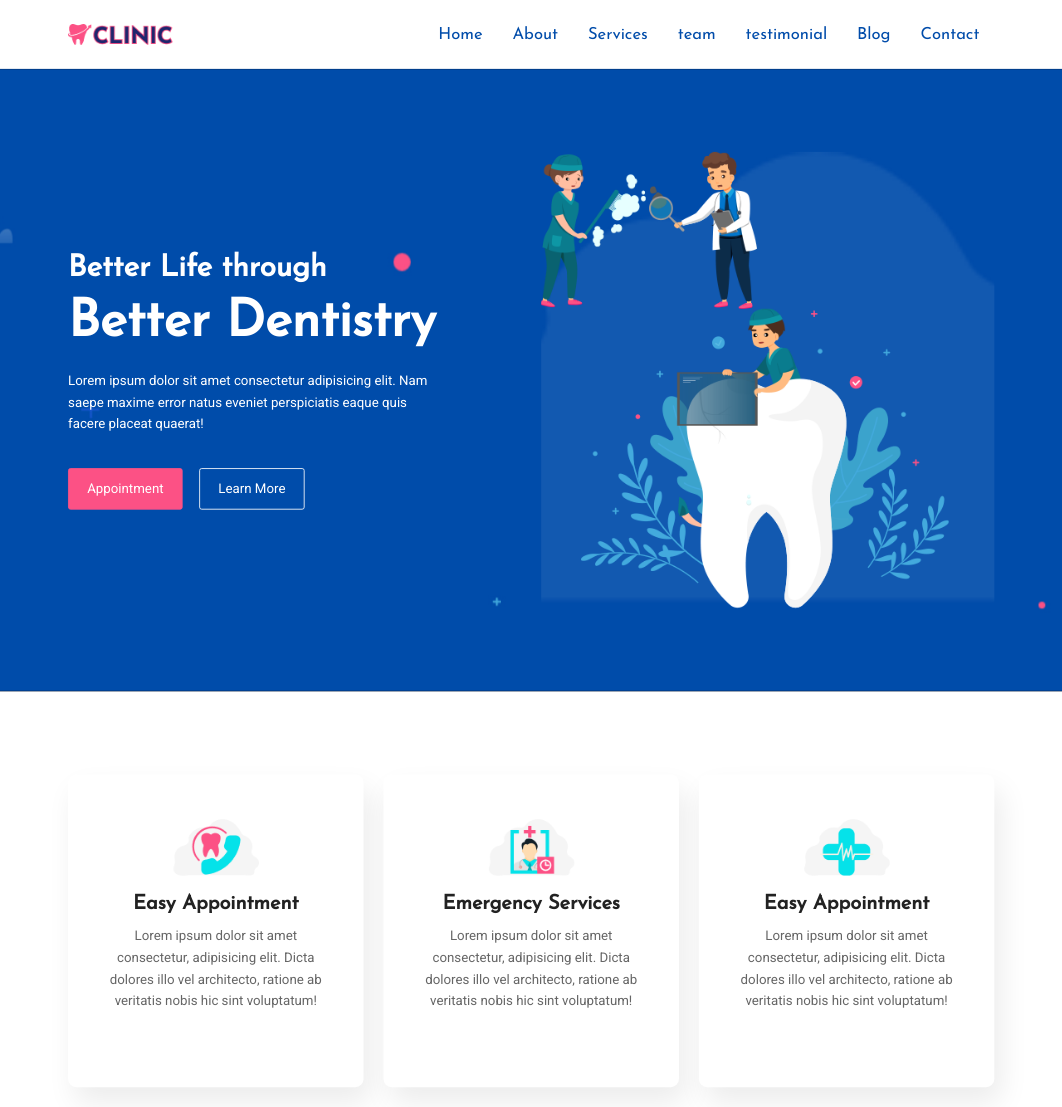
Repository: rsbappy/Project-13
Page: index.html
The author's editor kept a copy of each file at every save. The page is drawn from the files as they stood at one save, then again after the next save.
The browser window is 1280 px wide. The pictures show the whole page, at 83% of full size.
Some web libraries are served in a nearby version.

Above is the page before, as saved 2022-08-19 11:23:50.
Console error: TypeError: Cannot read properties of null (reading 'classList')

### index.html
<!doctype html>
<html lang="en">

<head>
    <!-- Required meta tags -->
    <meta charset="utf-8">
    <meta name="viewport" content="width=device-width, initial-scale=1">

    <!-- favicon icon -->

    <link rel="icon" href="/images/favicon.png" type="image/x-icon">

    <!-- Bootstrap CSS -->
    <link href="https://cdn.jsdelivr.net/npm/bootstrap@5.0.2/dist/css/bootstrap.min.css" rel="stylesheet" integrity="sha384-EVSTQN3/azprG1Anm3QDgpJLIm9Nao0Yz1ztcQTwFspd3yD65VohhpuuCOmLASjC" crossorigin="anonymous">

    <!-- font-awesome icon -->
    <link rel="stylesheet" href="https://cdnjs.cloudflare.com/ajax/libs/font-awesome/6.1.2/css/all.min.css">

    <!-- style CSS -->
    <link rel="stylesheet" href="css/style.css">

    <!-- responsive-style CSS -->
    <link rel="stylesheet" href="/css/responsive-style.css">

    <title>Hotel Website</title>
</head>

<body data-bs-spy="scroll" data-bs-target=".navar" data-bs-offset="100">

    <!-- Navbar Section  -->
    <header class="header_wrapper">
        <nav class="navbar navbar-expand-lg ">
            <div class="container">
                <a class="navbar-brand" href="#">
                    <img src="/images/logo.png" class="img-fluid" alt="logo" srcset="">
                </a>
                <button class="navbar-toggler" type="button" data-bs-toggle="collapse" data-bs-target="#navbarNavAltMarkup" aria-controls="navbarNavAltMarkup" aria-expanded="false" aria-label="Toggle navigation">
                <!-- <span class="navbar-toggler-icon"></span> -->
                <i class="fa-solid fa-bars-staggered navbar-toggler-icon"></i>
              </button>
                <div class="collapse navbar-collapse justify-content-end" id="navbarNavAltMarkup">
                    <div class="navbar-nav menu_navbar_menu">
                        <li class="nav-item">
                            <a class="nav-link active" aria-current="page" href="#Home">Home</a>
                        </li>
                        <li class="nav-item">
                            <a class="nav-link" href="#About">About</a>
                        </li>
                        <li class="nav-item">
                            <a class="nav-link" href="#Services">Services</a>
                        </li>
                        <li class="nav-item">
                            <a class="nav-link" href="#team">team</a>
                        </li>
                        <li class="nav-item">
                            <a class="nav-link" href="#testimonial">testimonial</a>
                        </li>
                        <li class="nav-item">
                            <a class="nav-link" href="#Blog">Blog</a>
                        </li>
                        <li class="nav-item mt-3 mt-lg-0">
                            <a class="nav-link" href="#Contact">Contact</a>
                        </li>

                    </div>
                </div>
            </div>
        </nav>
    </header>
    <!-- Navbar Section exit -->

    <!-- Banner Section  -->
    <section id="home" class="home">
        <div class="banner_wrapper wrapper">
            <div class="container">
                <div class="row align-items-lg-center">
                    <div class="col-md-6 order-md-1 order-2">
                        <h3>
                            Better Life through
                        </h3>
                        <h1>
                            Better Dentistry
                        </h1>
                        <p> Lorem ipsum dolor sit amet consectetur adipisicing elit. Nam saepe maxime error natus eveniet perspiciatis eaque quis facere placeat quaerat!</p>
                        <a href="#" class="main-btn mt-4 fill-btn">Appointment </a>
                        <a href="#" class="main-btn mt-4 ms-3">Learn More </a>

                    </div>
                    <div class="col-md-6 order-md-2 order-1 mb-md-0 mb-5">
                        <div class="top-right-sec">
                            <div class="animate-img">
                                <img class="aimg1" src="./images/top-banner-img/woman-brush.png" alt="">
                                <img class="aimg2" src="./images/top-banner-img/doctor.png" alt="">

                            </div>
                            <img class="img-fluid ms-lg-5" src="./images/top-banner-img/top-right-img-1.png" alt="">

                        </div>
                    </div>
                </div>
            </div>
        </div>
        <div class="wrapper pb-0">
            <div class="container">
                <div class="row">
                    <div class="col-md-4 col-sm-4 mb-4">
                        <div class="card text-center">
                            <div class="icon-box">
                                <img src="/images/top-banner-img/Appointment-icon.png" alt="" srcset="">
                            </div>
                            <div>
                                <h4>
                                    Easy Appointment
                                </h4>
                                <p>Lorem ipsum dolor sit amet consectetur, adipisicing elit. Dicta dolores illo vel architecto, ratione ab veritatis nobis hic sint voluptatum!</p>
                            </div>
                        </div>
                    </div>
                    <div class="col-md-4 col-sm-4 mb-4">
                        <div class="card text-center">
                            <div class="icon-box">
                                <img src="/images/top-banner-img/Emergency-icon.png" alt="" srcset="">
                            </div>
                            <div>
                                <h4>
                                    Emergency Services
                                </h4>
                                <p>Lorem ipsum dolor sit amet consectetur, adipisicing elit. Dicta dolores illo vel architecto, ratione ab veritatis nobis hic sint voluptatum!</p>
                            </div>
                        </div>
                    </div>
                    <div class="col-md-4 col-sm-4 mb-4">
                        <div class="card text-center">
                            <div class="icon-box">
                                <img src="/images/top-banner-img/7-Service-icon.png" alt="" srcset="">
                            </div>
                            <div>
                                <h4>
                                    Easy Appointment
                                </h4>
                                <p>Lorem ipsum dolor sit amet consectetur, adipisicing elit. Dicta dolores illo vel architecto, ratione ab veritatis nobis hic sint voluptatum!</p>
                            </div>
                        </div>
                    </div>
                </div>
            </div>
        </div>
    </section>
    <!-- Banner Section exit -->

    <!-- about Section  -->
    <!-- about Section exit -->

    <!-- Services Section  -->
    <!-- Services Section exit -->

    <!-- team Section  -->
    <!-- team Section exit -->


    <!-- Gallery Section  -->
    <!-- Gallery Section exit -->

    <!-- Testimonial Section  -->
    <!-- Testimonial Section exit -->


    <!-- Testimonial Section  -->
    <!-- Testimonial Section exit -->


    <!-- Appointment Section  -->
    <!-- Appointment Section exit -->

    <!-- Blog Section  -->
    <!-- Blog Section exit -->

    <!-- Footer Section  -->
    <!-- Footer Section exit -->










    <!-- Popper js  -->
    <source src="https://cdn.jsdelivr.net/npm/@popperjs/core@2.9.2/dist/umd/popper.min.js" type="">


    <!-- Bootstrap js  -->

    <script src="https://cdn.jsdelivr.net/npm/bootstrap@5.0.2/dist/js/bootstrap.bundle.min.js" integrity="sha384-MrcW6ZMFYlzcLA8Nl+NtUVF0sA7MsXsP1UyJoMp4YLEuNSfAP+JcXn/tWtIaxVXM" crossorigin="anonymous"></script>



</body>

</html>

### css/style.css
/* TABLE OF CONTENTS */


/*------------------
1. General
2. Navbar
3. Banner
4. About
5. Services
6. Team
7. Gallery
8. Testimonial
9. Blog
10.Footer
------------------*/


/* 1 General */

@import url('https://fonts.googleapis.com/css2?family=Josefin+Sans&display=swap');
@import url('https://fonts.googleapis.com/css2?family=Roboto&display=swap');
* {
    box-sizing: border-box;
    margin: 0;
    padding: 0;
}

:root {
    /* background  */
    --primary-color: #004caa;
    --secondary-color: #fc5185;
    --bg-light-blue: #3672bc;
    --bg-dark: #666;
    --bg-white: #fff;
    /* Text Style  */
    --primary-front: 'Roboto', sans-serif;
    --secondary-front: 'Josefin Sans', sans-serif;
    --primary-text: #004caa;
    --secondary-text: #fc5185;
    --text-white: #fff;
    --text-black: #222;
    --text-gray: #666;
    --text-algin: #ddd;
}

body {
    font-family: var(--primary-front);
    background-color: var(--bg-white);
}

a {
    text-decoration: none;
}

::-webkit-scrollbar {
    width: .375rem;
}

::-webkit-scrollbar-track {
    background: var(--bg-light-blue);
}

::-webkit-scrollbar-thumb {
    background: var(--secondary-color);
}

.wrapper {
    padding: 6.25rem 0;
}

.main-btn {
    display: inline-block;
    border: 0.0725rem solid var(--bg-white);
    color: var(--text-white);
    text-align: center;
    padding: .75rem 1.375rem;
    font-size: 1rem;
    background: transparent;
    text-transform: capitalize;
    border-radius: .1875rem;
    transition: all .3s ease-in-out;
}

.main-btn:hover {
    background-color: var(--secondary-color);
    border-color: var(--secondary-color);
    color: var(--text-white);
}

.fill-btn {
    background-color: var(--secondary-color);
    border-color: var(--secondary-color);
    color: var(--text-white);
}

.fill-btn:hover {
    background-color: var(--bg-white);
    border-color: var(--bg-white);
    color: var(--text-black);
}

h1 {
    font-size: 3.875rem;
    margin-bottom: 1.2rem;
    font-weight: 600;
    color: var(--text-white);
    font-family: var(--secondary-front);
}

h2 {
    font-size: 2.875rem;
    font-weight: 600;
    color: var(--text-white);
    font-family: var(--secondary-front);
}

h3 {
    font-size: 2.25rem;
    font-weight: 600;
    color: var(--text-white);
    font-family: var(--secondary-front);
}

h4 {
    font-size: 1.5rem;
    font-weight: 600;
    line-height: 2.25rem;
    margin-top: 1rem;
    color: var(--text-black);
    font-family: var(--secondary-front);
}

h5 {
    font-size: 1.5rem;
    font-weight: 500;
    line-height: 1.2rem;
    color: var(--primary-text);
    margin-bottom: .9375rem;
    font-family: var(--secondary-front);
}

h5 {
    font-size: .875rem;
    font-weight: 300;
    color: var(--text-black);
    text-transform: uppercase;
    font-family: var(--secondary-front);
}

p {
    font-size: 1rem;
    line-height: 1.625rem;
    color: var(--text-gray);
}

.card {
    border-radius: .625rem;
    background-color: var(--text-white);
    box-shadow: .5084rem 1.1419rem 2.2rem 0 rgb(0 0 0/8%);
    padding: 3.375rem 3.125rem 4.6875rem;
    transition: all .4s;
    border: 0;
}

@keyframes movebounce {
    0% {
        --webkit-transform: translateY(0);
        transform: translateY(0);
    }
    50% {
        --webkit-transform: translateY(1.25rem);
        transform: translateY(1.25rem);
    }
    100% {
        --webkit-transform: translateY(0);
        transform: translateY(0);
    }
}


/*2 Navbar */

.header_wrapper .navbar {
    padding: .9375rem;
    background-color: transparent;
    transition: 0.3s ease-in-out;
}

.header_wrapper .navbar-toggler {
    border: 0;
    box-shadow: none;
    color: var(--text-black);
    line-height: 2;
}

.header_wrapper .nav-item {
    margin: 0 .625rem;
}

.header_wrapper .nav-item .nav-link {
    font-size: 1.25rem;
    font-weight: 400;
    color: var(--primary-text);
    display: inline-block;
    font-family: var(--secondary-front);
}

.header_wrapper .nav-item .nav-link:hover,
.header_wrapper .nav-item .nav-link:focus,
.header_wrapper .nav-item .nav-link .active {
    color: var(--secondary-text);
}

.navbar.header-scrolled {
    position: fixed;
    top: 0;
    left: 0;
    width: 100%;
    z-index: 999;
    background-color: var(--bg-white);
    box-shadow: .5084rem 1.1419rem 2.5rem 0 rgb(0 0 0/8%);
    transition: 0.3s ease-in-out;
}


/*3 banner */

.banner_wrapper {
    background-image: url('/images/top-banner-img/Top-banner.jpg');
    background-position: center center;
    background-repeat: no-repeat;
    background-size: cover;
}

.banner_wrapper p {
    max-width: 80%;
    color: var(--text-white);
}

.banner_wrapper .top-right-sec {
    position: relative;
    background-image: url('/images/top-banner-img/top-right-bg.png');
    background-position: center center;
    background-repeat: no-repeat;
    background-size: cover;
}

### css/responsive-style.css
@media (max-width: 1199.5px) {
    /* custom  css */
    .card{
        padding: 2.5rem 1.875rem;

    }



    /* header */
    /* top banner */
    /* about */
    /* services*/
}


@media (max-width: 991px) {
    /* custom  css */
    .wrapper{
        padding: 3.125rem 0;
    }
    .main-btn{
        font-size: .875rem;
    }
    h1{
        font-size: 2.8125rem;
        margin-bottom: .625rem;
    }
    h2{
        font-size: 1.875rem;
    }
    h3{
        font-size: 1.5625rem;
    }
    h4{
        font-size: 1.25rem;
    }
    h5{
        font-size: 1.125rem;
    }

    p{
        font-size: .875rem;
        line-height: 1.35rem;

    }
    .card{
        padding: 1.875rem 1rem;
    }
    /* header */
    /* top banner */
    /* about */
    /* services*/
}

@media (max-width: 767px) {
    /* custom  css */
    .main-btn{
        font-size: .875rem;
    }
    h1{
        font-size: 2.5rem;
        margin-bottom: 2.5rem;
    }

    h5{
        font-size: 1.25rem;
    }



    /* header */
    /* top banner */
    /* about */
    /* services*/
}

@media (max-width: 360px) {
    /* custom  css */
    .card{
        padding: 2.5rem 1.875rem;

    }



    /* header */
    /* top banner */
    /* about */
    /* services*/
}

After the next save:
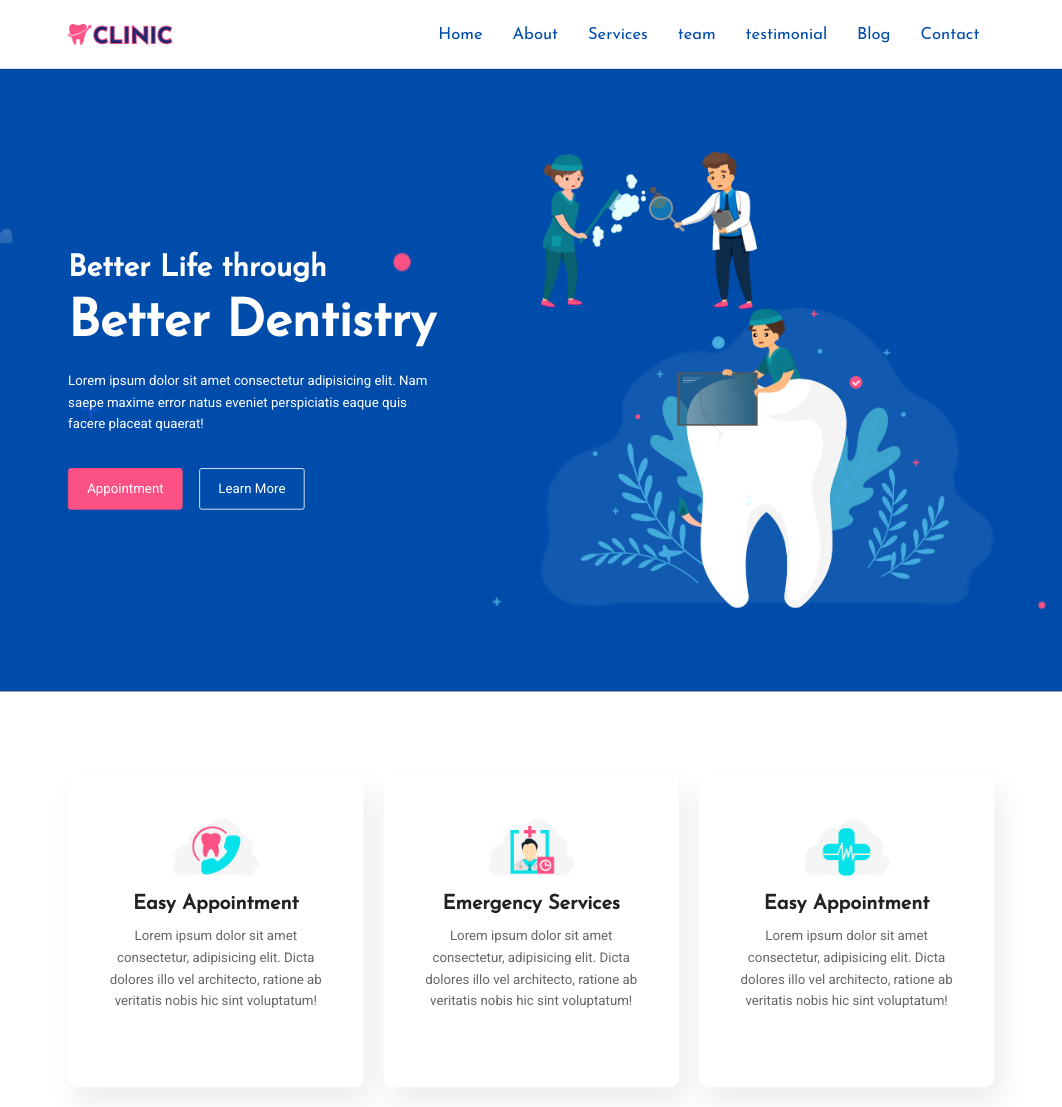
Saved 31 s later.
--- a/css/style.css
+++ b/css/style.css
@@ -240,7 +240,7 @@ p {
 .banner_wrapper .top-right-sec {
     position: relative;
     background-image: url('/images/top-banner-img/top-right-bg.png');
-    background-position: center center;
+    background-position: bottom;
     background-repeat: no-repeat;
-    background-size: cover;
-}
+    background-size: contain;
+}
